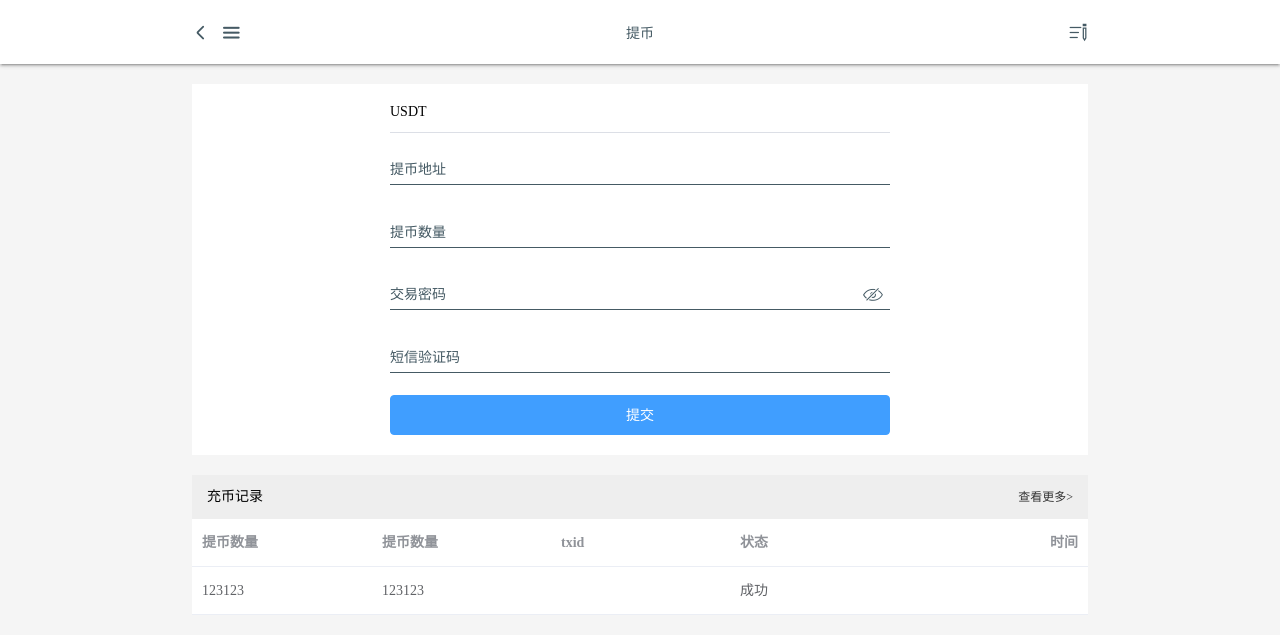
Repository: miyanshichen/ent
Page: /finance/withdraw
The author's editor kept a copy of each file at every save. The page is drawn from the files as they stood at one save, then again after a run of saves.
The browser window is 1280 px wide. The pictures show the whole page.
The project was rebuilt for these pictures with package versions that can differ from the ones it lists, and the page was loaded fresh each time. Also part of the build but not shown: vue.config.js, src/assets/font/iconfont.js.

Above is the page before, as saved 2021-01-13 17:50:46.

After the next 3 saves:
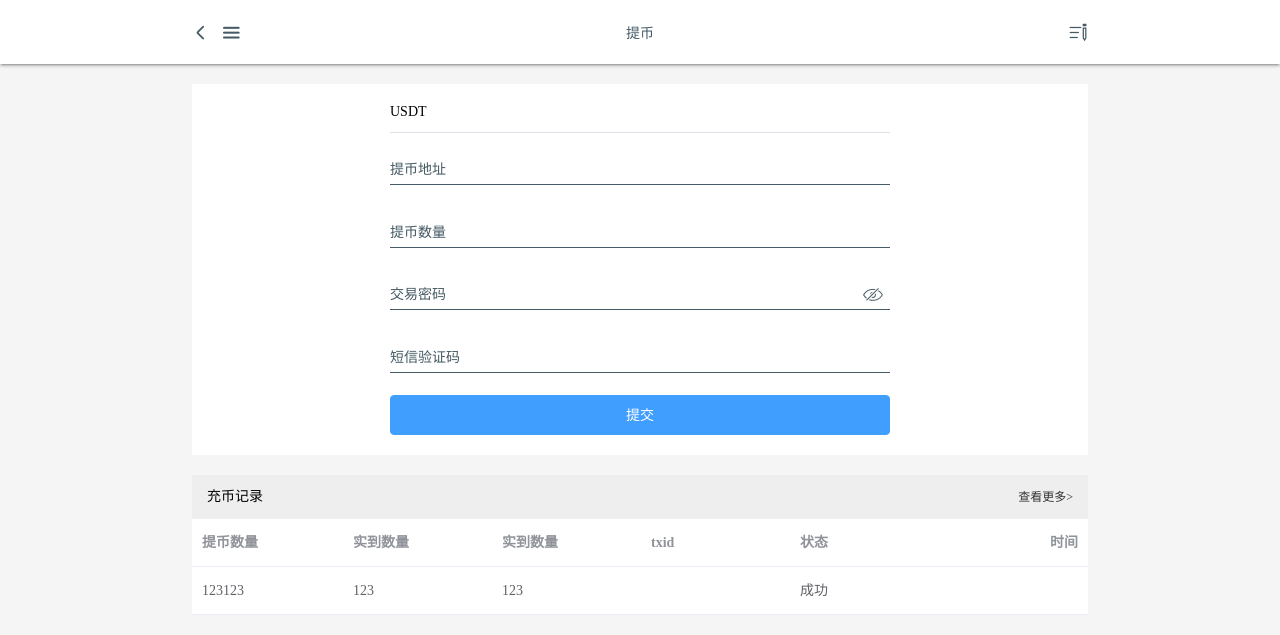
The 3 saves are shown as one change because they came seconds apart.
The last was saved 12 s later.
--- a/src/views/assets/withdraw.vue
+++ b/src/views/assets/withdraw.vue
@@ -45,7 +45,8 @@
             </div>
             <el-table :data="logsData" stripe>
               <el-table-column label="提币数量" prop="number"></el-table-column>
-              <el-table-column label="提币数量" prop="number"></el-table-column>
+              <el-table-column label="实到数量" prop="number_u"></el-table-column>
+              <el-table-column label="实到数量" prop="number_u"></el-table-column>
               <el-table-column label="txid" prop="txid"></el-table-column>
               <el-table-column label="状态" prop="statusName"></el-table-column>
               <el-table-column
